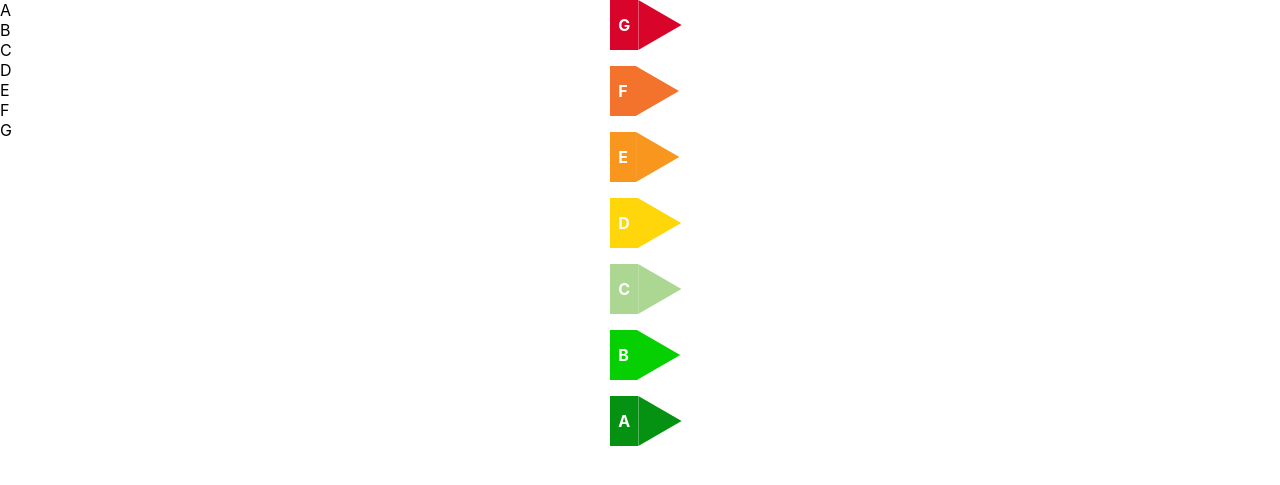
Repository: abdouAppcraft/Predict-DPE
Page: /result
An editor plug-in stored every save of this project. The page is shown before and after the next save, followed by the edit.
The browser window is 1280 px wide. The pictures show the whole page.
The project was rebuilt for these pictures with package versions that can differ from the ones it lists, and the page was loaded fresh each time. Also part of the build but not shown: src/hooks/useDpeOptions.tsx, src/strings/string.ts, src/utils/computeData.ts, src/screens/PredictForm/PredictForm.css, src/screens/PredictForm/PredictForm.tsx.

Above is the page before, as saved 2024-06-12 10:12:05.

After the next save:
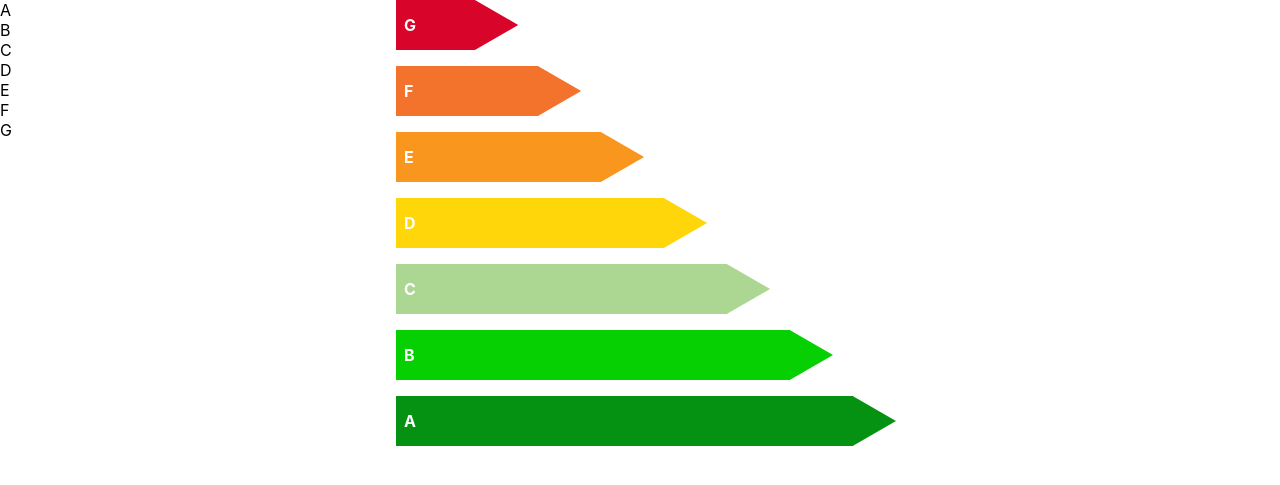
Saved 10 s later.
--- a/src/screens/Result/Result.tsx
+++ b/src/screens/Result/Result.tsx
@@ -24,6 +24,7 @@ const Result: React.FC<Props> = (props) => {
       </div>
       <div
         style={{
+          flex: 1,
           maxWidth: 500,
           display: "flex",
           flexDirection: "column-reverse",
